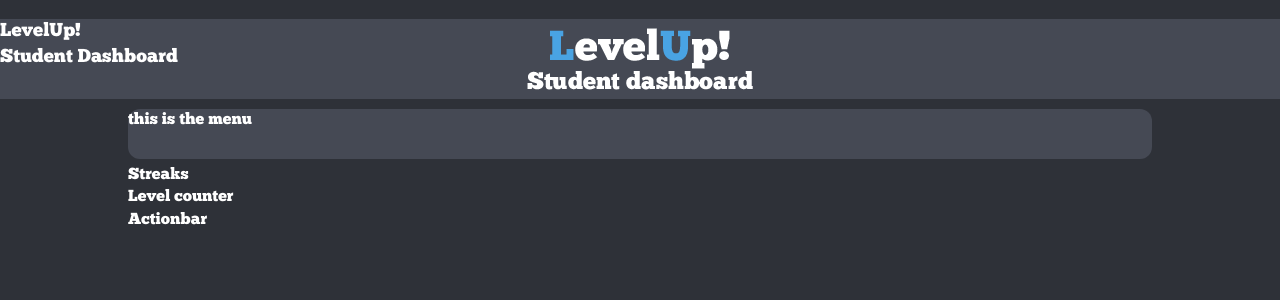
Repository: boblanckenburg/levelup
Page: website/src/index.html
These files come from the project's save history. The page is drawn as it stood at one moment and after the next save; the edit follows.
The browser window is 1280 px wide. The pictures show the whole page.

Above is the page before, as saved 2014-09-17 13:36:36.

### website/src/index.html
<!doctype html>
<html class="no-js" lang="">
    <head>
        <meta charset="utf-8">
        <meta http-equiv="X-UA-Compatible" content="IE=edge">
        <title>LevelUp</title>
        <meta name="description" content="">
        <meta name="viewport" content="width=device-width, initial-scale=1">

        <!-- Place favicon.ico and apple-touch-icon(s) in the root directory -->

        <link rel="stylesheet" href="css/main.css">
        <script src="js/vendor/modernizr-2.8.3.min.js"></script>
    </head>
    <body>
        <!--[if lt IE 8]>
            <p class="browsehappy">You are using an <strong>outdated</strong> browser. Please <a href="http://browsehappy.com/">upgrade your browser</a> to improve your experience.</p>
        <![endif]-->

		<section class="dashboard">
			<section class="header">
				<h1>LevelUp!<br>Student Dashboard</br></h1>
			</section>
			<section class="menu">
				this is the menu
			</section>
			<section class="content">
				<section class="streaks">
					Streaks
				</section>
				<section class="levelcounter">
					Level counter
				</section>
				<section class="actionbar">
					Actionbar
				</section>
			</section>
		</section>
    </body>
</html>

### website/src/css/main.css
/*
 * What follows is the result of much research on cross-browser styling.
 * Credit left inline and big thanks to Nicolas Gallagher, Jonathan Neal,
 * Kroc Camen, and the H5BP dev community and team.
 */

/* ==========================================================================
   Base styles: opinionated defaults
   ========================================================================== */

/*
bg-gray: #2e3138;
bg-light-gray: #454954;
bg-blue: #49a2e4;
neon-blue: #01d1ff;
*/

html {
    color: #222;
    font-size: 1em;
    line-height: 1.4;
	margin: 0px;
	background: #2e3138;
	color: white;
	text-decoration: none;
	font-weight: normal;
}

/* ==========================================================================
   Author's custom styles
   ========================================================================== */


@font-face {
    font-family: chunkfivefont;
    src: url(Chunkfive.otf);
}


body {
    font-family: chunkfivefont;
    color: white;
    height:100%;
	margin: 0px;
	overflow-x: scroll;
	overflow-style: marquee-line;
}

a
{
	color: #49a2e4;

}

h1, h2, h3
{
	font-weight: normal;
}

.dashboard,
{
	height:100%;
	width:100%;
}

.content
{
	height: 100%;
	width: 100%;
}

.header
{
    background: #454953;
	width: 100%;
	height:80px;
	margin: 0px auto 0px auto;

	background-image: url('../img/dashboardlogo.png');
	background-position: center;
	background-repeat: no-repeat;
	background-color: #454954;
}

.header #welcome
{
	width: 200px;
	float:right;
	color: white;
	margin 0px auto 0px auto;
	padding: 0px 10px 0px 0px;
}

.header #welcome p
{
	float: right;
	display: block;
	font-size: 0.7em;
	margin: 10px 10px 5px 0px;
}

.header #welcome a
{
	float: right;
	display: block;
	height:20px;
	width: 100px;
	text-align: center;
	font-size: 0.8em;
	color: white;
	text-decoration: none;
	padding:5px 20px 5px 20px;
	margin: 0px 10px 0px 0px;

	background-color: #49a2e4;
	border-radius: 6px;
}

.menu
{
    background: #2e3138;
	width:80%;
	height:100%;
	min-height:50px;
	margin: 10px auto 5px auto;
	background: #454954;
	border-radius: 12px;
	display: block;
}

.menu a, a:visited
{
	display: block;
	float:left;
	height: 35px;
	text-align: center;
	padding: 15px 0px 0px 30px;
	text-decoration: none;
	color: white;
}

.menu a:hover
{
	color: #49a2e4;
}

.content {
	width: 80%;
	height: 350px;
	margin: auto;
}

.container {
	margin: 0px auto 0px auto;
	width:100%;
	display: inline;
}


/* ==========================================================================
   Helper classes
   ========================================================================== */

/*
 * Hide visually and from screen readers: h5bp.com/u
 */

.hidden {
    display: none !important;
    visibility: hidden;
}

/*
 * Hide only visually, but have it available for screen readers: h5bp.com/v
 */

.visuallyhidden {
    border: 0;
    clip: rect(0 0 0 0);
    height: 1px;
    margin: -1px;
    overflow: hidden;
    padding: 0;
    position: absolute;
    width: 1px;
}

/*
 * Extends the .visuallyhidden class to allow the element to be focusable
 * when navigated to via the keyboard: h5bp.com/p
 */

.visuallyhidden.focusable:active,
.visuallyhidden.focusable:focus {
    clip: auto;
    height: auto;
    margin: 0;
    overflow: visible;
    position: static;
    width: auto;
}

/*
 * Hide visually and from screen readers, but maintain layout
 */

.invisible {
    visibility: hidden;
}

/*
 * Clearfix: contain floats
 *
 * For modern browsers
 * 1. The space content is one way to avoid an Opera bug when the
 *    `contenteditable` attribute is included anywhere else in the document.
 *    Otherwise it causes space to appear at the top and bottom of elements
 *    that receive the `clearfix` class.
 * 2. The use of `table` rather than `block` is only necessary if using
 *    `:before` to contain the top-margins of child elements.
 */

.clearfix:before,
.clearfix:after {
    content: " "; /* 1 */
    display: table; /* 2 */
}

.clearfix:after {
    clear: both;
}

/* ==========================================================================
   EXAMPLE Media Queries for Responsive Design.
   These examples override the primary ('mobile first') styles.
   Modify as content requires.
   ========================================================================== */

@media only screen and (min-width: 35em) {
    /* Style adjustments for viewports that meet the condition */
}

@media print,
       (-o-min-device-pixel-ratio: 5/4),
       (-webkit-min-device-pixel-ratio: 1.25),
       (min-resolution: 120dpi) {
    /* Style adjustments for high resolution devices */
}

/* ==========================================================================
   Print styles.
   Inlined to avoid the additional HTTP request: h5bp.com/r
   ========================================================================== */

@media print {
    *,
    *:before,
    *:after {
        background: transparent !important;
        color: #000 !important; /* Black prints faster: h5bp.com/s */
        box-shadow: none !important;
        text-shadow: none !important;
    }

    a,
    a:visited {
        text-decoration: underline;
    }

    a[href]:after {
        content: " (" attr(href) ")";
    }

    abbr[title]:after {
        content: " (" attr(title) ")";
    }

    /*
     * Don't show links that are fragment identifiers,
     * or use the `javascript:` pseudo protocol
     */

    a[href^="#"]:after,
    a[href^="javascript:"]:after {
        content: "";
    }

    pre,
    blockquote {
        border: 1px solid #999;
        page-break-inside: avoid;
    }

    thead {
        display: table-header-group; /* h5bp.com/t */
    }

    tr,
    img {
        page-break-inside: avoid;
    }

    img {
        max-width: 100% !important;
    }

    p,
    h2,
    h3 {
        orphans: 3;
        widows: 3;
    }

    h2,
    h3 {
        page-break-after: avoid;
    }
}

Loaded but not shown: website/src/js/vendor/modernizr-2.8.3.min.js (library)

After the next save:
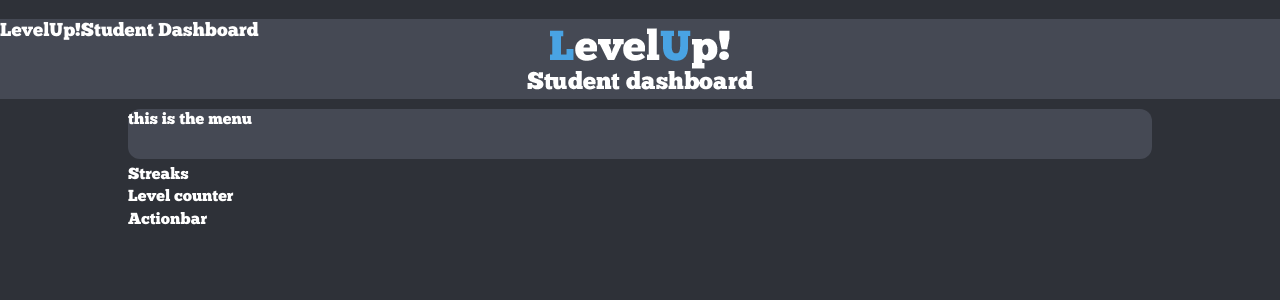
Saved 8 s later.
--- a/website/src/index.html
+++ b/website/src/index.html
@@ -19,7 +19,7 @@
 
 		<section class="dashboard">
 			<section class="header">
-				<h1>LevelUp!<br>Student Dashboard</br></h1>
+				<h1>LevelUp!Student Dashboard</h1>
 			</section>
 			<section class="menu">
 				this is the menu

After the save that followed:
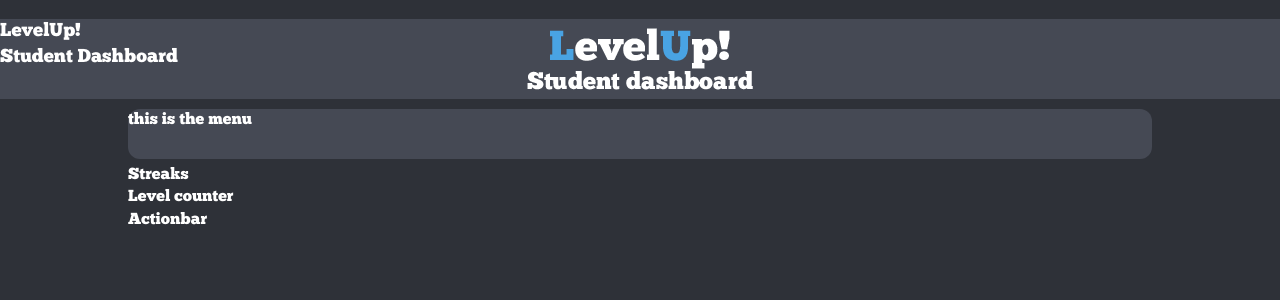
Saved 5 s later.
--- a/website/src/index.html
+++ b/website/src/index.html
@@ -19,7 +19,7 @@
 
 		<section class="dashboard">
 			<section class="header">
-				<h1>LevelUp!Student Dashboard</h1>
+				<h1>LevelUp!<br>Student Dashboard</h1>
 			</section>
 			<section class="menu">
 				this is the menu
